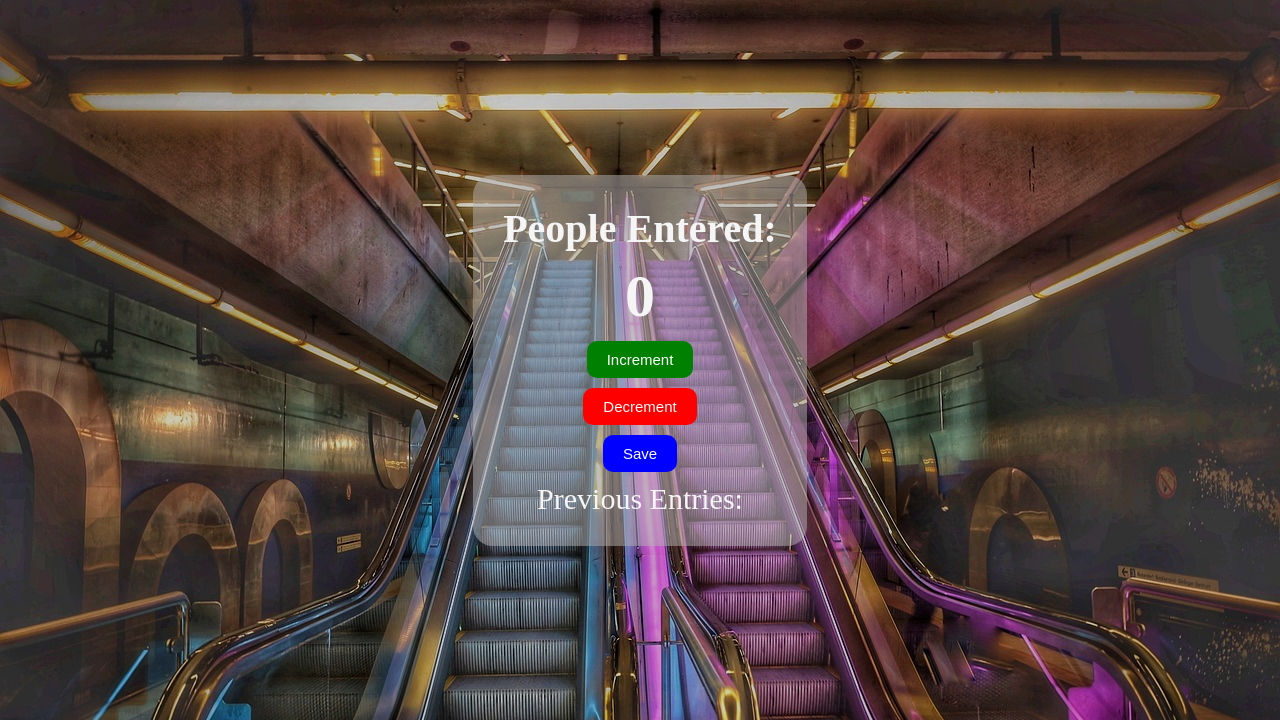
Repository: raghhavv03/javascript-practice
Page: task-1/index.html
The author's editor kept a copy of each file at every save. The page is drawn from the files as they stood at one save, then again after a run of saves.
The browser window is 1280 px wide. The pictures show the whole page.

Above is the page before, as saved 2026-02-06 16:07:56.

After the next 3 saves:
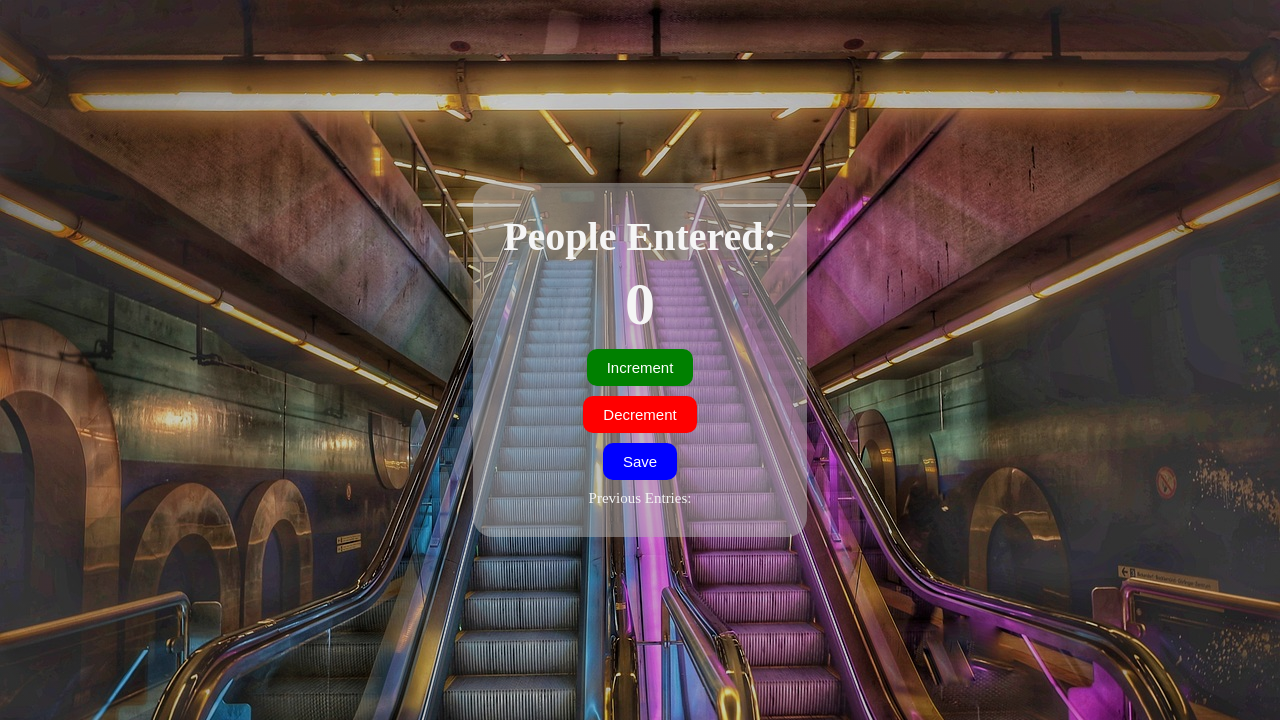
The 3 saves are shown as one change because they came seconds apart.
The last was saved 24 s later.
--- a/task-1/style.css
+++ b/task-1/style.css
@@ -64,5 +64,5 @@ h2 {
 }
 
 p {
-    font-size: 30px;
+    font-size: 15px;
 }
